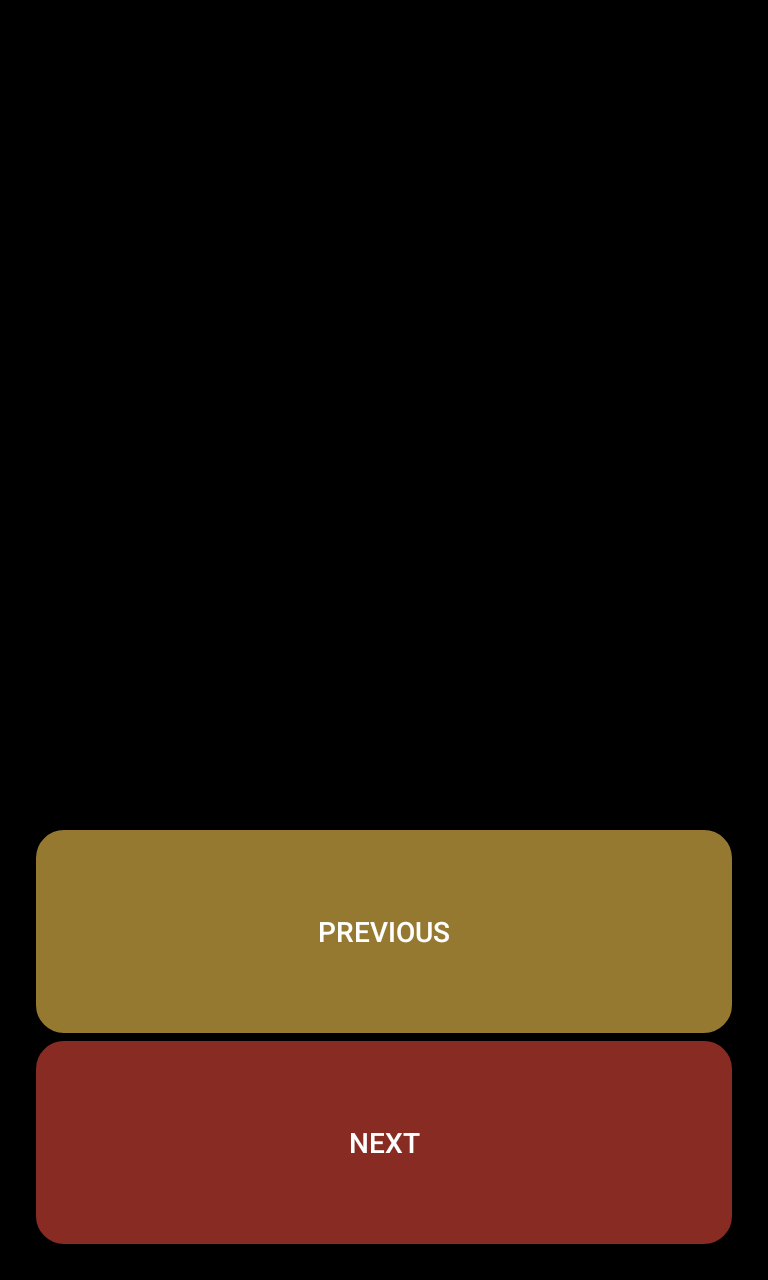
Repository: Dsupreme/MC_tictactoe
Layout: basicgrid/res/layout/tutorial1.xml
These files come from the project's save history. The layout is drawn as it stood at one moment and after the next save; the edit follows.
It is drawn on a 768 x 1280 px phone screen (xhdpi) without system bars, with theme AppTheme; the app's code is not run. The app's manifest (not shown) leaves right-to-left support off. So textAlignment, textDirection and layoutDirection are ignored, and left and right values win over start and end ones.

Above is the layout before, as saved 2014-12-02 05:12:11.

After the next save:
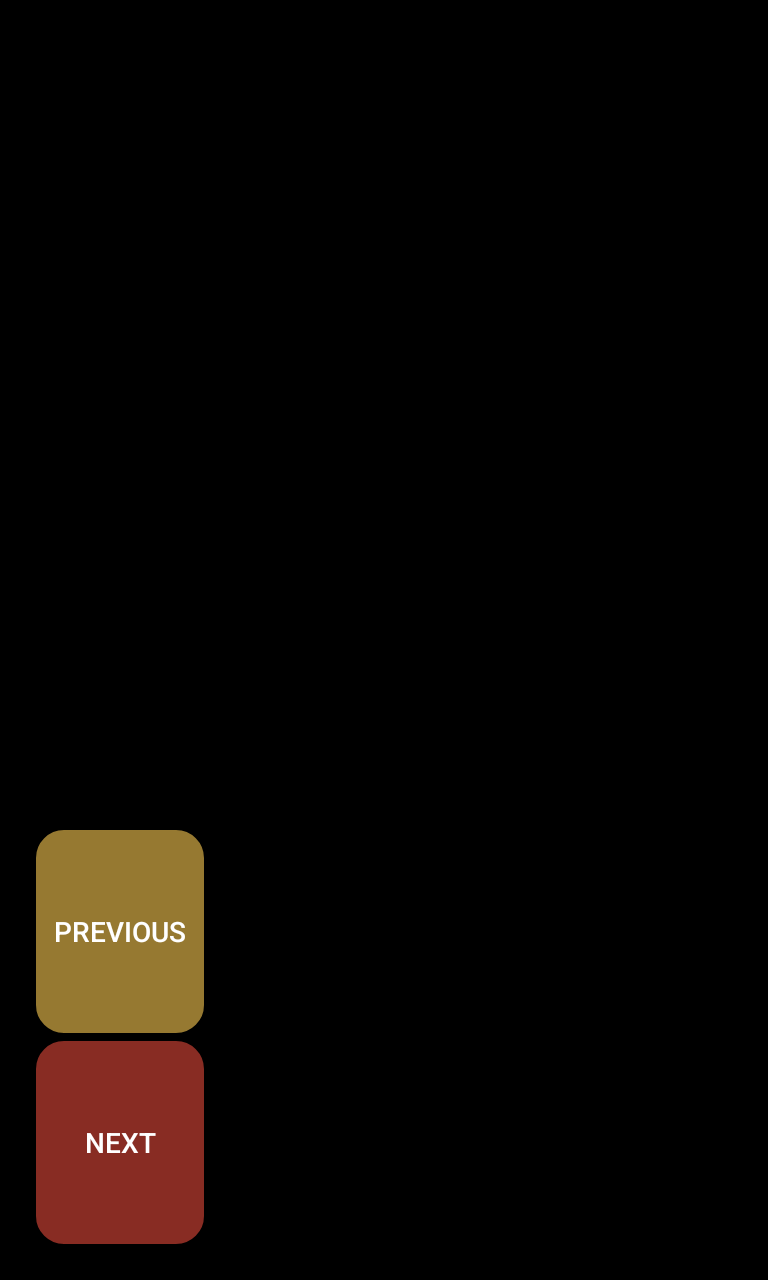
Saved 75 s later.
--- a/basicgrid/res/layout/tutorial1.xml
+++ b/basicgrid/res/layout/tutorial1.xml
@@ -34,7 +34,7 @@
 
     <Button
         android:id="@+id/prev"
-        android:layout_width="fill_parent"
+        android:layout_width="wrap_content"
         android:layout_height="wrap_content"
         android:background="@drawable/button_states_yellow"
         android:gravity="center"
@@ -44,7 +44,7 @@
 
     <Button
         android:id="@+id/next"
-        android:layout_width="fill_parent"
+        android:layout_width="wrap_content"
         android:layout_height="wrap_content"
         android:background="@drawable/button_states_peach"
         android:gravity="center"
